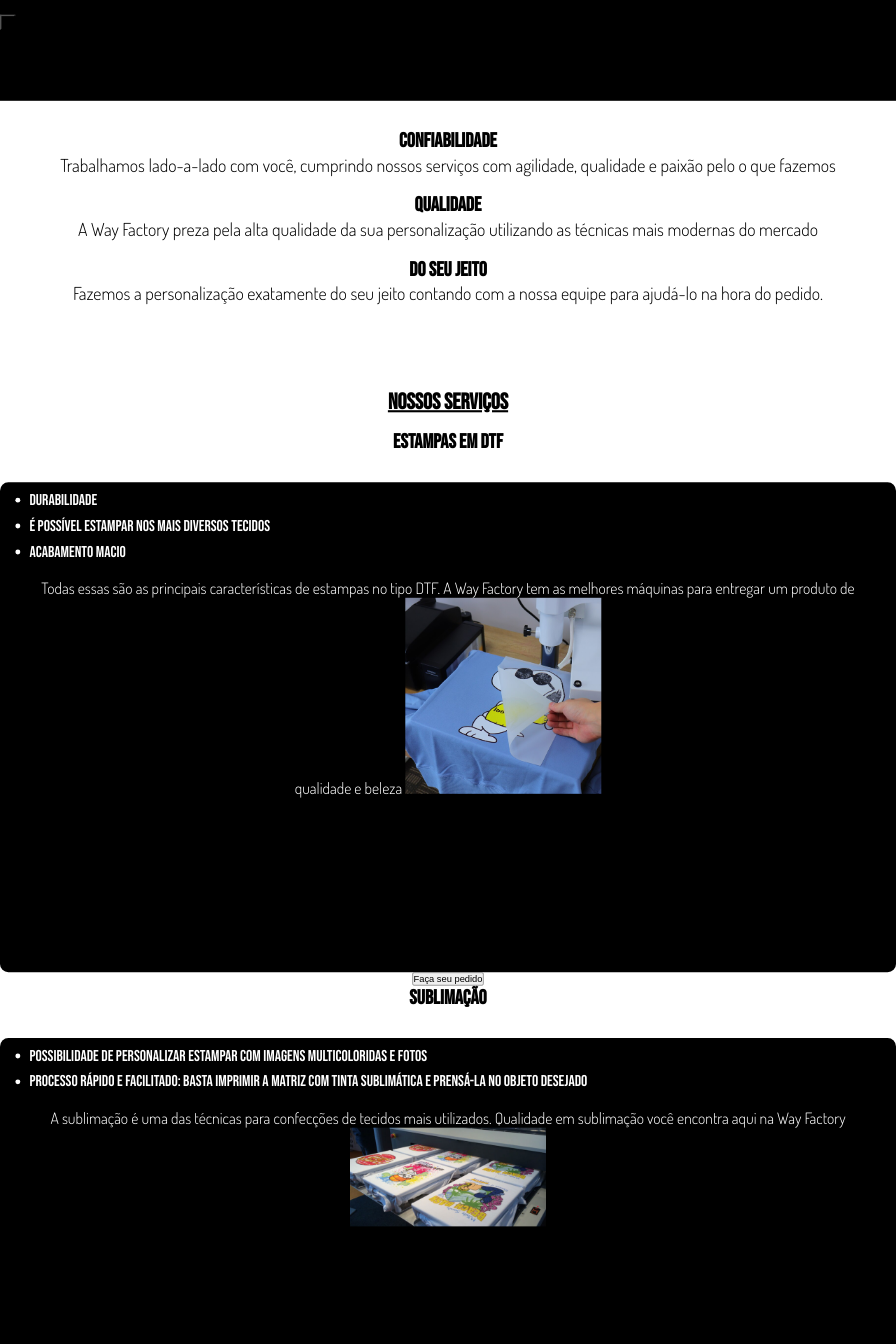
Repository: Leonngc/way-factory
Page: index.html
These files come from the project's save history. The page is drawn as it stood at one moment and after a run of saves; the edit follows.
The browser window is 1280 px wide. The pictures show the part of the page from y = 0 to 1920 px (the page is 3522 px tall), at 70% of full size.
Some icons come from a web library that is not loaded, so they are not drawn.

Above is the page before, as saved 2023-02-08 22:35:10.

After the next 2 saves:
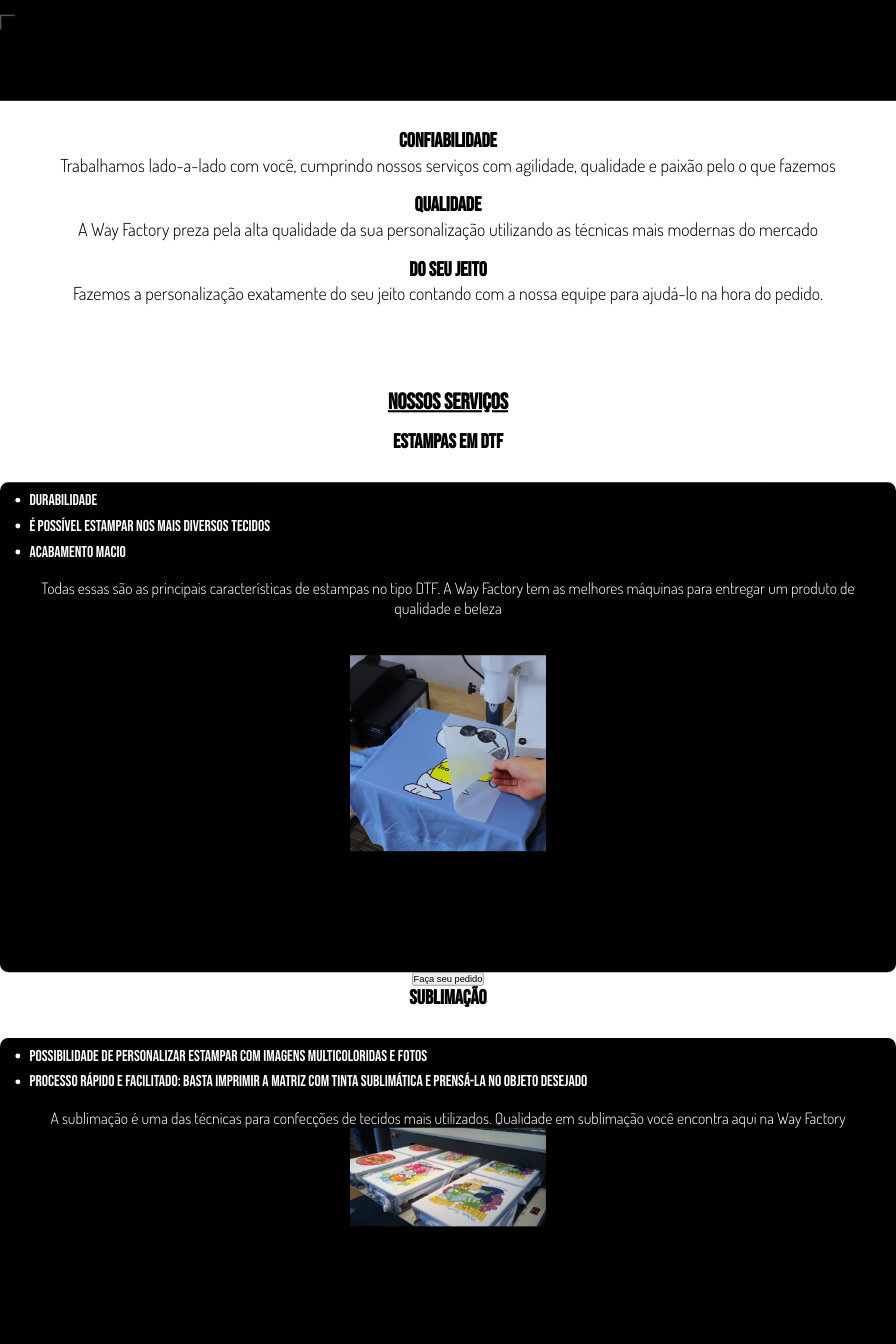
The 2 saves are shown as one change because they came seconds apart.
The last was saved 8 s later.
--- a/index.html
+++ b/index.html
@@ -67,7 +67,7 @@
               Todas essas são as principais características de estampas no tipo
               DTF. A Way Factory tem as melhores máquinas para entregar um
               produto de qualidade e beleza
-              <img src="images/dtf.png" alt="Imagem de uma estampa em DTF" />
+              <div class="c"><img src="images/dtf.png" alt="Imagem de uma estampa em DTF" /></div>
             </p>
           </div>
 
